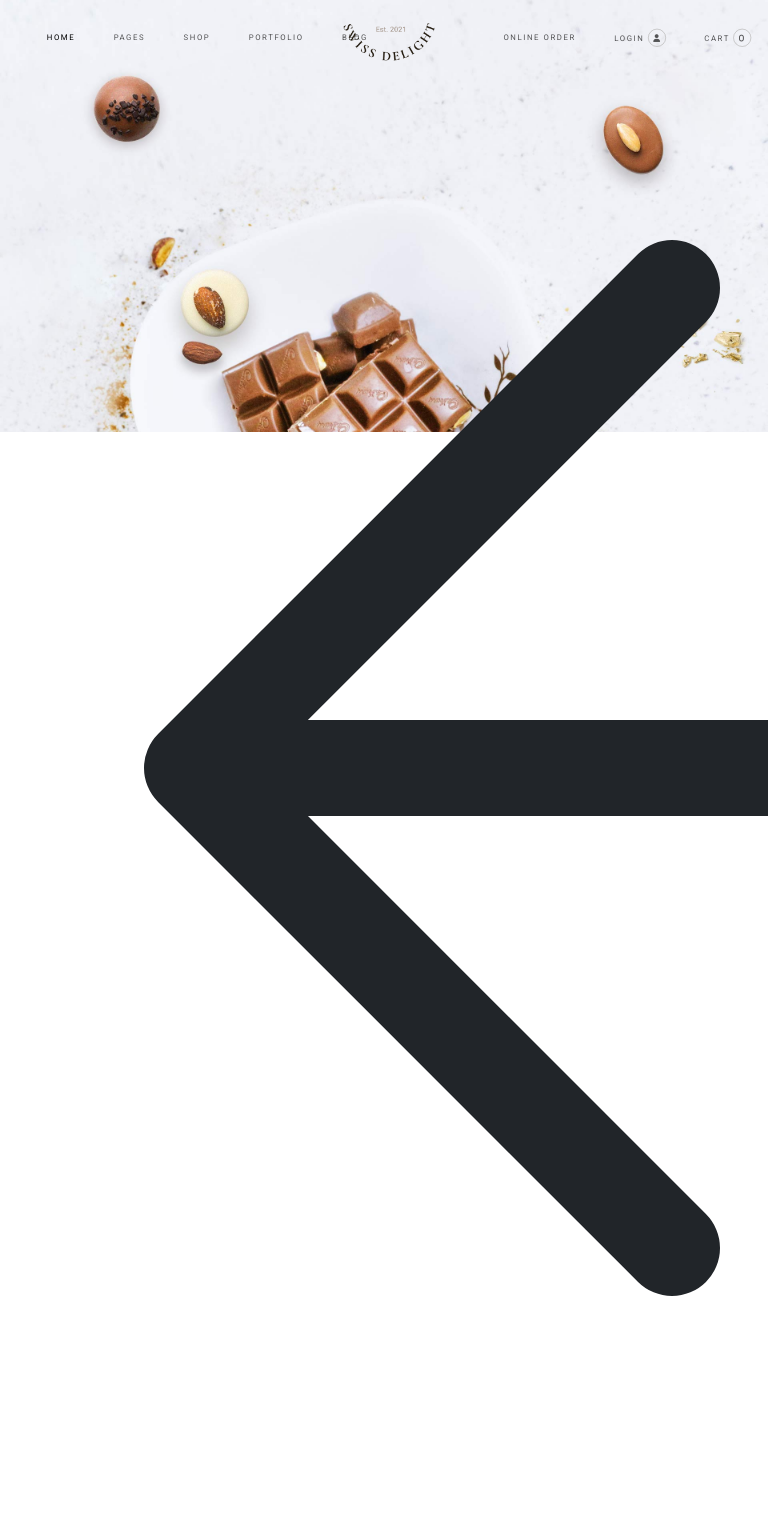
Repository: HadelAbdellatif/Project1
Page: index.html
The author's editor kept a copy of each file at every save. The page is drawn from the files as they stood at one save, then again after the next save.
The browser window is 1280 px wide. The pictures show the whole page, at 60% of full size.

Above is the page before, as saved 2023-10-15 21:27:03.
Console error: TypeError: Cannot read properties of null (reading 'addEventListener')

### index.html
<!doctype html>
<html lang="en">

<head>
  <meta charset="utf-8">
  <meta name="viewport" content="width=device-width, initial-scale=1">
  <title>Bootstrap demo</title>

  <!-- Bootsrap 5.3 -->
  <link href="assets/css/bootstrap.min.css" rel="stylesheet">


  <!-- fontawesome 6.4 -->
  <link href="assets/css/all.min.css" rel="stylesheet">

  <!-- Custom css -->
  <link href="assets/css/style.css" rel="stylesheet">

  <!-- Media -->
  <link href="assets/css/media.css" rel="stylesheet">


</head>

<body>

  <!-- Start Navbar -->

  <nav class="navbar navbar-expand-lg bg-transparent fixed-top">
    <div class="container pt-0 mt-0">
      <div class="collapse navbar-collapse" id="navbarSupportedContent">

        <div class="row d-flex">
          <div class="col-md-5 d-flex ps-0">
            <ul class="navbar-nav ms-auto mb-2 mb-lg-0 gap-5 pt-3 justify-content-center align-items-center me-5">
              <li class="nav-item">
                <a class="nav-link active" aria-current="page" href="#home">HOME</a>
              </li>
              <li class="nav-item">
                <a class="nav-link" href="#pages">PAGES</a>
              </li>
              <li class="nav-item">
                <a class="nav-link" href="#shop">SHOP</a>
              </li>
              <li class="nav-item">
                <a class="nav-link" href="#portfolio">PORTFOLIO</a>
              </li>
              <li class="nav-item">
                <a class="nav-link me-5" href="#blog">BLOG</a>
              </li>
            </ul>
          </div>

          <div class="col-md-2">
            <a class="nav-item">
              <img src="assets/img/logo-swiss-1.png" width="152px" height="90" class="ms-3 img-fluid" alt="Logo" />
            </a>
          </div>

          <div class="col-md-5 d-flex ps-0">
            <ul class="navbar-nav me-auto mb-2 mb-lg-0 gap-5 pt-3 justify-content-center align-items-center ms-5 ps-5 ">
              <li class="nav-item">
                <a class="nav-link text-nowrap" href="#onlineOrder">ONLINE ORDER</a>
              </li>
              <li class="nav-item">
                <a class="nav-link text-nowrap" href="#login">
                  <span>LOGIN</span>
                  <i class="fa-solid fa-user rounded-circle p-2 text-center"></i>
                </a>
              </li>
              <li class="nav-item">
                <a class="nav-link text-nowrap" href="#cart">
                  <span>CART</span>
                  <i class="fa-solid fa-0 rounded-circle p-2 text-center"></i>
                </a>
              </li>
              <li class="nav-item">
                <a class="nav-link" href="#more"><svg class="qodef-side-area--svg-open" xmlns="http://www.w3.org/2000/svg" xmlns:xlink="http://www.w3.org/1999/xlink" x="0px" y="0px" width="34px" height="9px" viewBox="0 0 34 9" enable-background="new 0 0 34 9" xml:space="preserve">
                  <line fill="none" stroke="#000000" stroke-miterlimit="10" x1="0" y1="8.295" x2="34" y2="8.295"></line>
                  <line fill="none" stroke="#000000" stroke-miterlimit="10" x1="0" y1="0.705" x2="34" y2="0.705"></line>
                  </svg></a>
              </li>
            </ul>
          </div>

        </div>

      </div>
    </div>
  </nav>

  <!-- End of Navbar -->

  <!-- Start header section -->

  <header class="vh-100">
    <svg xmlns="http://www.w3.org/2000/svg" fill="none" viewBox="0 0 12 24" stroke-width="1.5" stroke="currentColor" class="w-6 h-6">
      <path stroke-linecap="round" stroke-linejoin="round" d="M10.5 19.5L3 12m0 0l7.5-7.5M3 12h18" />
    </svg>
  </header>

  <!-- End header section -->




  <!-- Bootstrap 5.3 -->
  <script src="assets/js/bootstrap.bundle.min.js"></script>

  <!-- Java Script -->
  <script src="assets/JavaScript/JavaScript.js"></script>
</body>

</html>

### assets/css/style.css
/* font-family: 'Heebo', sans-serif; */
@import url('https://fonts.googleapis.com/css2?family=Heebo&display=swap');

/* font-family: 'Cormorant', serif; */
@import url('https://fonts.googleapis.com/css2?family=Cormorant:ital,wght@0,300;1,300&family=Heebo&display=swap');

/* main color */
:root{
    --main-color: #241c10;
}

.bg-main-color{
    background-color: #988779;
}

.text-main-color{
    color: var(--main-color);
}

.border-main-color{
    border-color: var(--main-color)  !important;
}

/* Start Navbar */

.navbar{
    font-family: 'Heebo', sans-serif;
    font-weight: 400;
    font-size: 13px;
    line-height: 22px;
    color: var(--main-color);
}

.navbar .nav-link{
    letter-spacing:0.2em;
}

.navbar i{
    font-size: 13px;
    border: 1px solid rgba(36,28,16,.3);
    transition: 0.5s ease-in-out;
    width: 30px;
    height: 30px;
}

.navbar .nav-link:hover i{
    border-color: var(--main-color);
}


/* End Navbar */

/* Start header */

header{
    background-image: url('../img/h1-rev-img1-2.jpg');
    background-size: cover;
    background-repeat: no-repeat;
    background-position: center;
}

/* End header */

### assets/css/media.css
@media (max-width:991px){

    .nav-item{
        width: fit-content;
    }

}

@media (max-width:768px){

    .about .count{
        border: none !important;
    }

    .cv .download{
        text-align: center !important;
        margin-bottom: 2rem !important;
    }

    .cv .brands{
        justify-content: center !important;
    }
}


@media (max-width:568px){

    header{
        background-position-x:-235px;
    }

    .header-content{
        align-items: start !important;
    }

    h1{
        font-size: 45px;
    }

    .contact p, .contact form{
        width: 100% !important;
    }

}

### assets/JavaScript/JavaScript.js
// *************  Start Loading ************* //

const loading = document.querySelector('.loading');

window.addEventListener('load', function(){
     this.setTimeout(function(){
        loading.classList.add('opacity-0', 'invisible');
        document.body.style.overflow = 'auto';
     }, 2000)
})

// *************  End of Loading ************* //

// *************  Start scroll-to-top ************* //

const ScrollToTop = document.querySelector('.scroll-to-top');
const aboutSection = document.querySelector('.about');

ScrollToTop.addEventListener('click', function(){
    window.scroll({
        top:0,
        behavior:"smooth"
    })
})

// *************  End scroll-to-top ************* //

// *************  Start Navbar ************* //

const navbar = document.querySelector('.navbar');
const headerContenth = document.querySelector('.header-content h3');

navbar.style.transition = '0.4s background-color';

window.addEventListener('scroll', function(){
    if(window.scrollY > headerContenth.offsetTop){
         navbar.style.backgroundColor = "#fff";
    }
    else{
        navbar.style.backgroundColor = "transparent";
    }
    if(window.scrollY > aboutSection.offsetTop){
        ScrollToTop.classList.remove('opacity-0', 'invisible');
    }
    else{
        ScrollToTop.classList.add('opacity-0', 'invisible');
    }
})

// *************  End of Navbar ************* //

// *************  Start Links ************* //

const NavLinks = document.querySelectorAll('.nav-link');

for(let i=0 ; i<NavLinks.length ; i++){
    NavLinks[i].addEventListener('click', function(e){
        e.preventDefault();

        document.querySelector('.nav-link.active').classList.remove('active');

       // for(let j=0 ; j<NavLinks.length ; j++){
        //    NavLinks[j].classList.remove('active');
       // }

        NavLinks[i].classList.add('active');
        let currentID = this.getAttribute('href');
        let targerSection = document.querySelector(currentID);
        window.scroll({
            top:targerSection.offsetTop,
            behavior:"smooth"
        })
    })
}

// *************  End of Links ************* //

Loaded but not shown: assets/css/bootstrap.min.css (library); assets/css/all.min.css (library); assets/js/bootstrap.bundle.min.js (library)

After the next save:
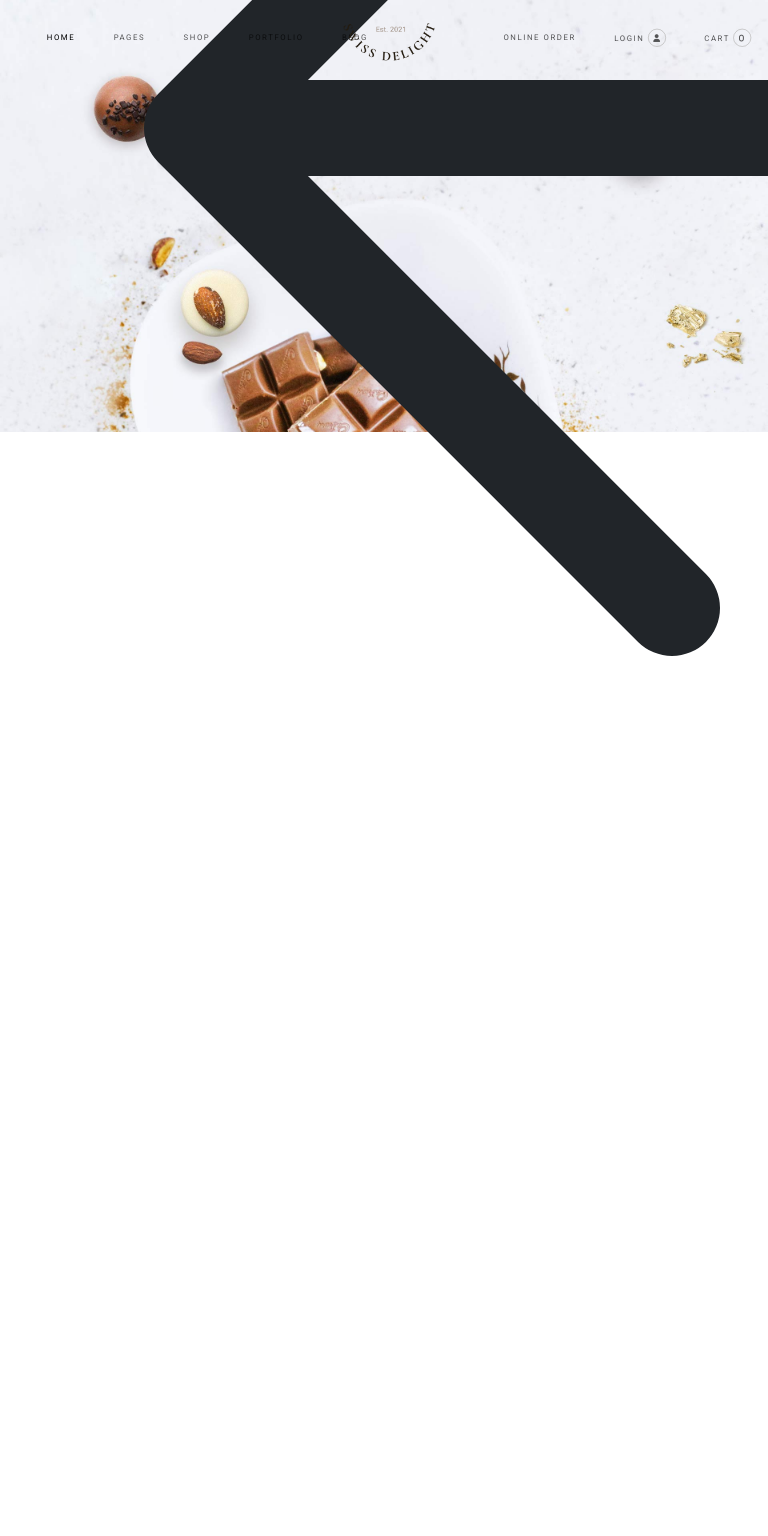
Saved 7 s later.
--- a/index.html
+++ b/index.html
@@ -94,7 +94,7 @@
   <!-- Start header section -->
 
   <header class="vh-100">
-    <svg xmlns="http://www.w3.org/2000/svg" fill="none" viewBox="0 0 12 24" stroke-width="1.5" stroke="currentColor" class="w-6 h-6">
+    <svg xmlns="http://www.w3.org/2000/svg" fill="none" viewBox="0 10 12 24" stroke-width="1.5" stroke="currentColor" class="w-6 h-6">
       <path stroke-linecap="round" stroke-linejoin="round" d="M10.5 19.5L3 12m0 0l7.5-7.5M3 12h18" />
     </svg>
   </header>

After the save that followed:
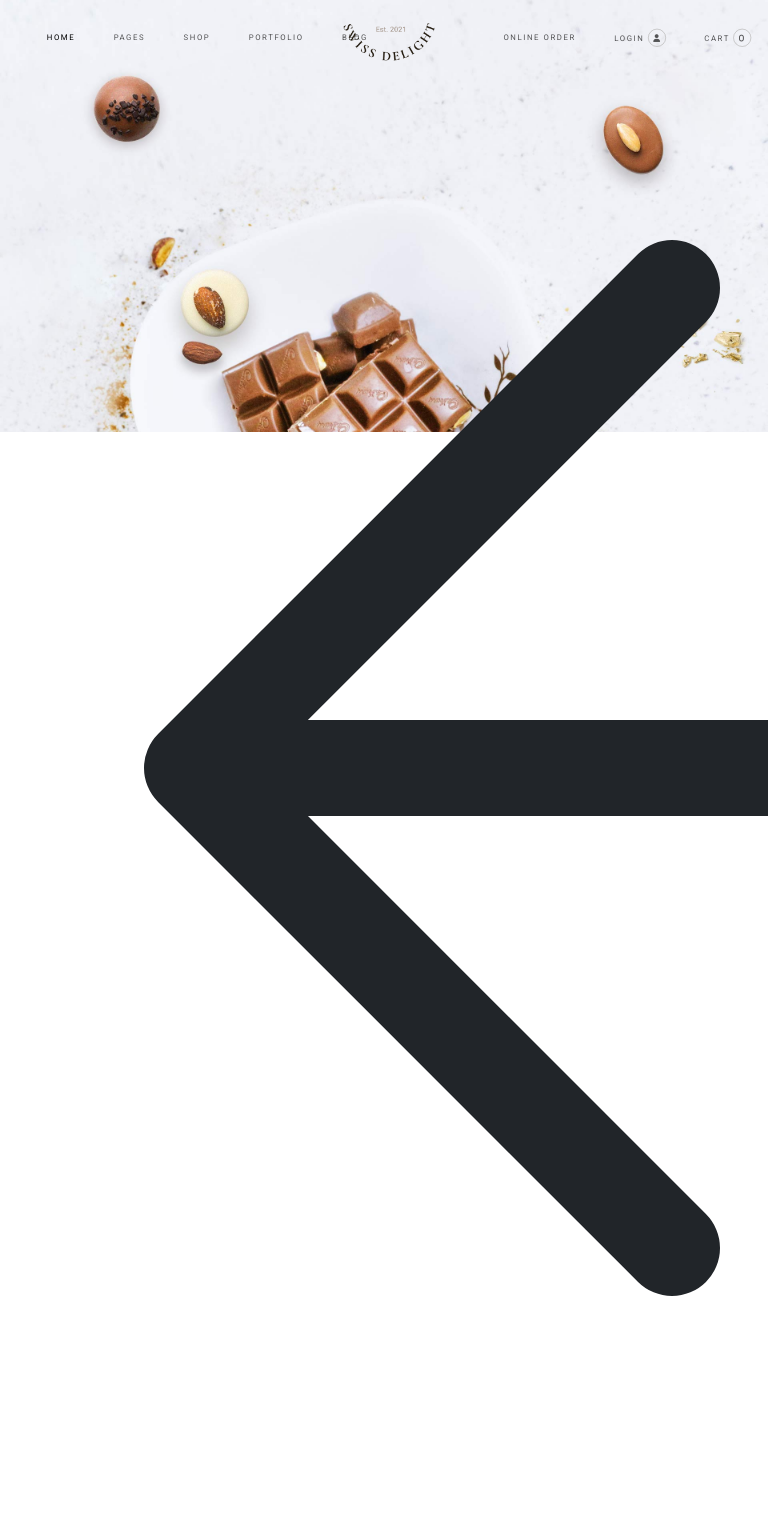
Saved 6 s later.
--- a/index.html
+++ b/index.html
@@ -94,7 +94,7 @@
   <!-- Start header section -->
 
   <header class="vh-100">
-    <svg xmlns="http://www.w3.org/2000/svg" fill="none" viewBox="0 10 12 24" stroke-width="1.5" stroke="currentColor" class="w-6 h-6">
+    <svg xmlns="http://www.w3.org/2000/svg" fill="none" viewBox="0 0 12 24" stroke-width="1.5" stroke="currentColor" class="w-6 h-6">
       <path stroke-linecap="round" stroke-linejoin="round" d="M10.5 19.5L3 12m0 0l7.5-7.5M3 12h18" />
     </svg>
   </header>
